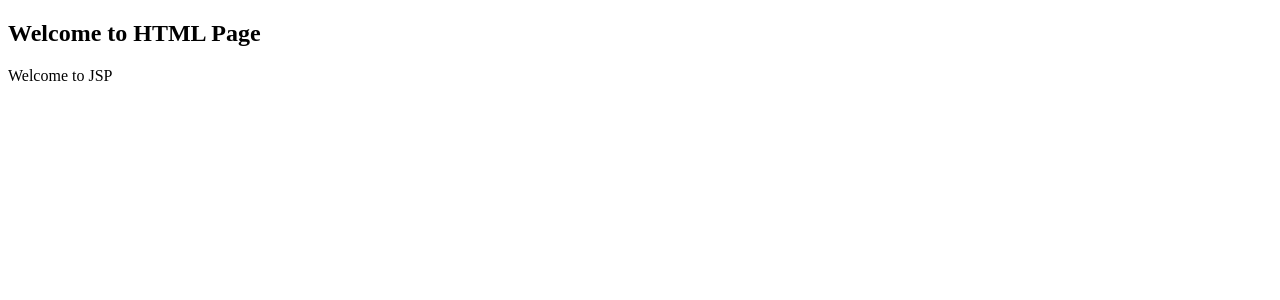
Repository: Kaleakash/onmobilebangalorejavafullstack
Page: http://localhost/JSPDemo/demo.jsp
The author's editor kept a copy of each file at every save. The page is drawn from the files as they stood at one save, then again after the next save.
The browser window is 1280 px wide. The pictures show the whole page.
The page is served by Tomcat 9. Other server files are loaded and not shown.

Above is the page before, as saved 2019-10-12 06:56:05.

### jee workspace/JSPDemo/WebContent/demo.jsp
<%@ page language="java" contentType="text/html; charset=ISO-8859-1"
    pageEncoding="ISO-8859-1"%>
<!DOCTYPE html PUBLIC "-//W3C//DTD HTML 4.01 Transitional//EN" "http://www.w3.org/TR/html4/loose.dtd">
<html>
<head>
<meta http-equiv="Content-Type" content="text/html; charset=ISO-8859-1">
<title>Insert title here</title>
</head>
<body>
<h2>Welcome to HTML Page</h2>
<%
out.println("Welcome to JSP");
%>
</body>
</html>

After the next save:
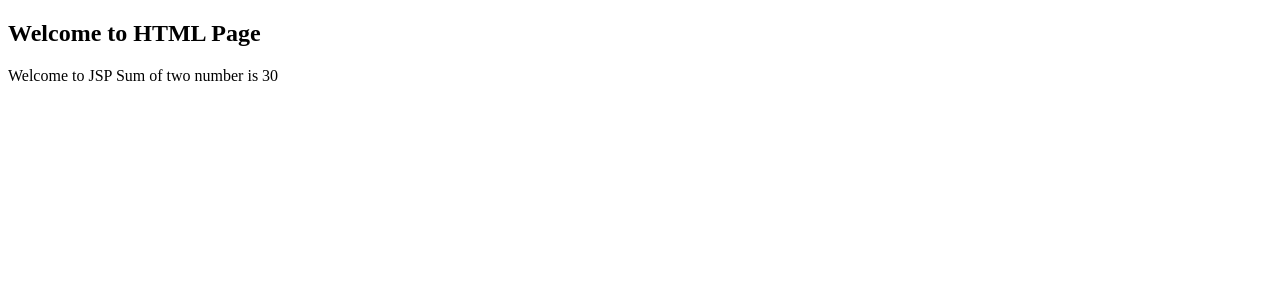
Saved 39 s later.
--- a/jee workspace/JSPDemo/WebContent/demo.jsp
+++ b/jee workspace/JSPDemo/WebContent/demo.jsp
@@ -9,7 +9,11 @@
 <body>
 <h2>Welcome to HTML Page</h2>
 <%
+int a =10;
+int b =20;
+int sum = a+b;
 out.println("Welcome to JSP");
+out.println("Sum of two number is "+sum);
 %>
 </body>
 </html>
